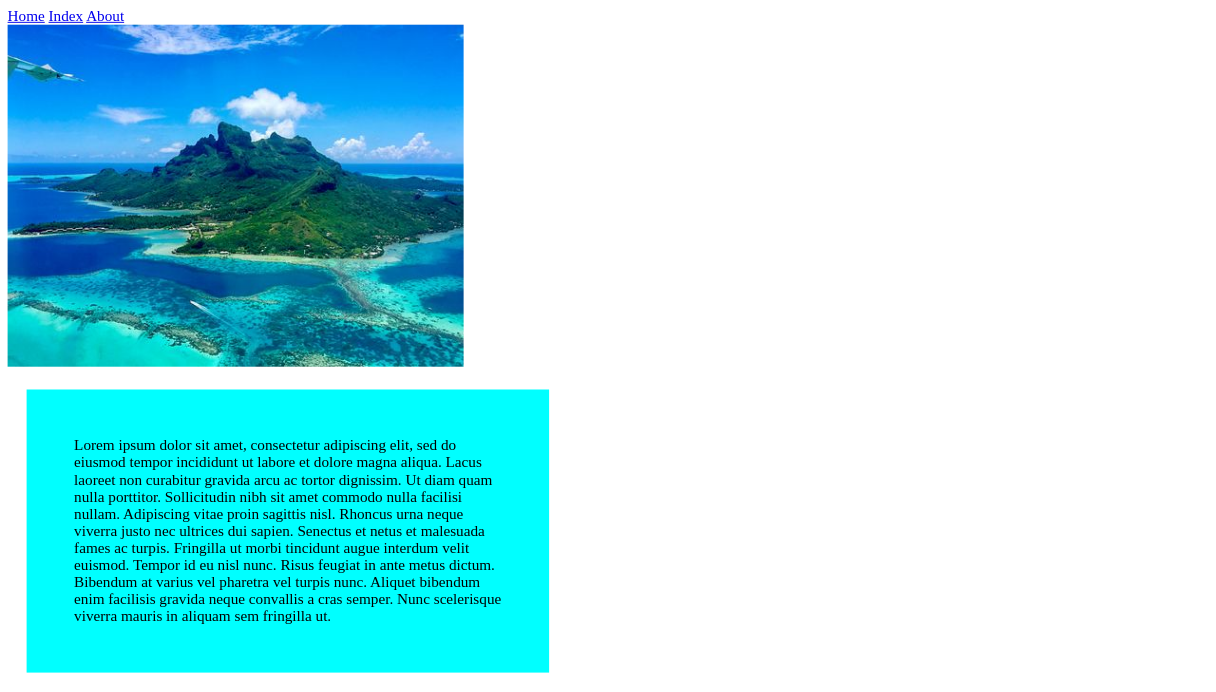
Repository: Melinda-Nanjad-Personal-Website/Personal-web
Page: about.html
An editor plug-in stored every save of this project. The page is shown before and after the next save, followed by the edit.
The browser window is 1280 px wide. The pictures show the whole page, at 95% of full size.

Above is the page before, as saved 2023-07-21 17:21:53.

### about.html
<!DOCTYPE html>
<html lang="en">
<head>
    <meta charset="UTF-8">
    <meta name="viewport" content="width=device-width, initial-scale=1.0">
    <title>Personal Website</title>
</head>
<style>
div {
background-color:aqua;
width: 450px;
border:15px skyblue;
padding: 50px;
margin: 20px;
}

<header>
    <center>
        <h1>My Personal Website</h1>
        <h2>About me</h2>
    </center>
</header> <center>


   </style>
<nav>
    <a class="active" href="/home.html">Home</a>
    <a class="active" href="/Index.html">Index</a>
    <a class="active" href="/about.html">About</a>

        </nav> </center>


<body>

 <img src="island.jpeg" href="photo of island"
 <br>

    <div>Lorem ipsum dolor sit amet, consectetur adipiscing elit, sed do eiusmod tempor incididunt ut labore et dolore magna aliqua. Lacus laoreet non curabitur gravida arcu ac tortor dignissim. Ut diam quam nulla porttitor. Sollicitudin nibh sit amet commodo nulla facilisi nullam. Adipiscing vitae proin sagittis nisl. Rhoncus urna neque viverra justo nec ultrices dui sapien. Senectus et netus et malesuada fames ac turpis. Fringilla ut morbi tincidunt augue interdum velit euismod. Tempor id eu nisl nunc. Risus feugiat in ante metus dictum. Bibendum at varius vel pharetra vel turpis nunc. Aliquet bibendum enim facilisis gravida neque convallis a cras semper. Nunc scelerisque viverra mauris in aliquam sem fringilla ut.</div>
</body>
</html>

After the next save:
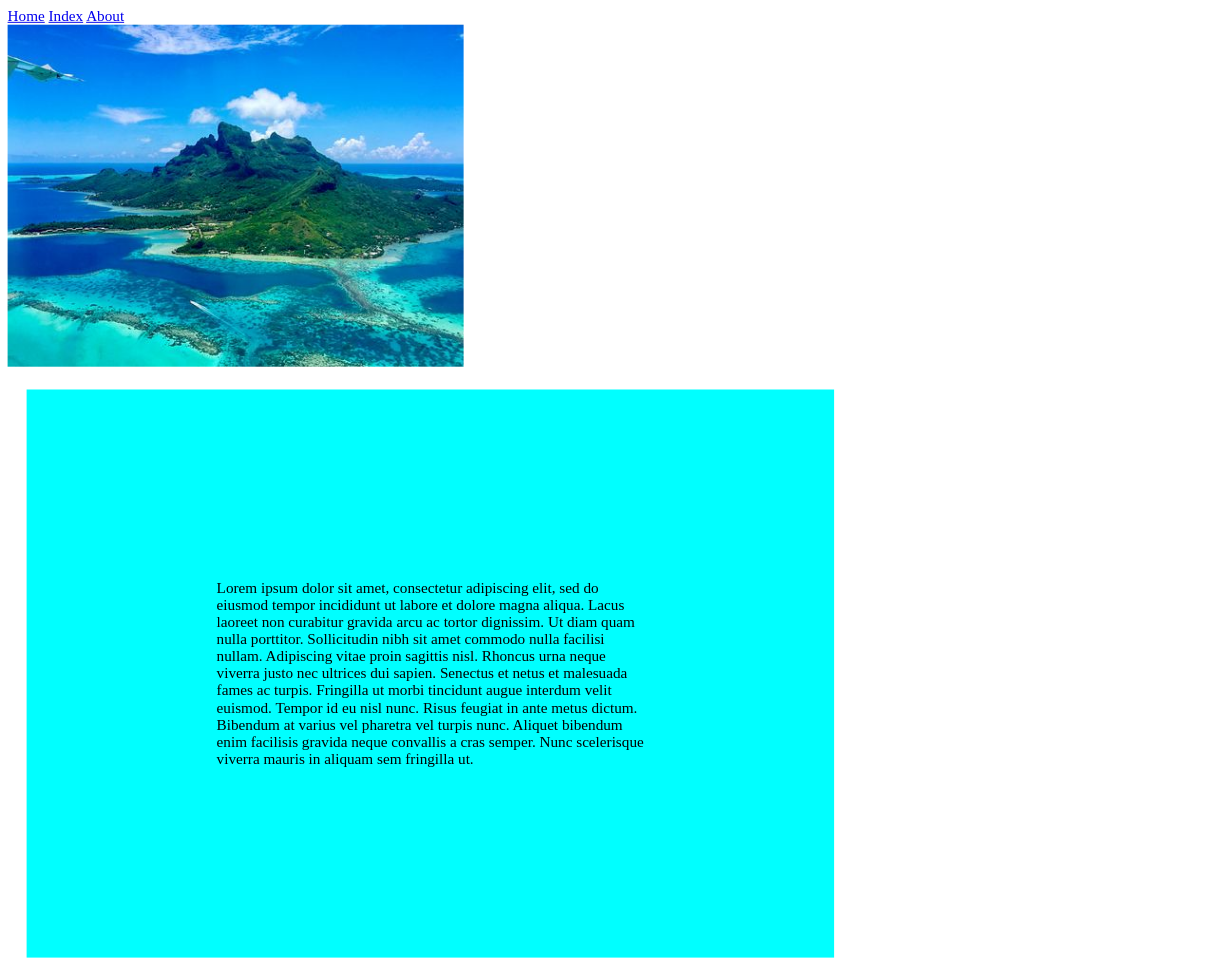
Saved 110 s later.
--- a/about.html
+++ b/about.html
@@ -10,7 +10,7 @@ div {
 background-color:aqua;
 width: 450px;
 border:15px skyblue;
-padding: 50px;
+padding: 200px;
 margin: 20px;
 }
 
